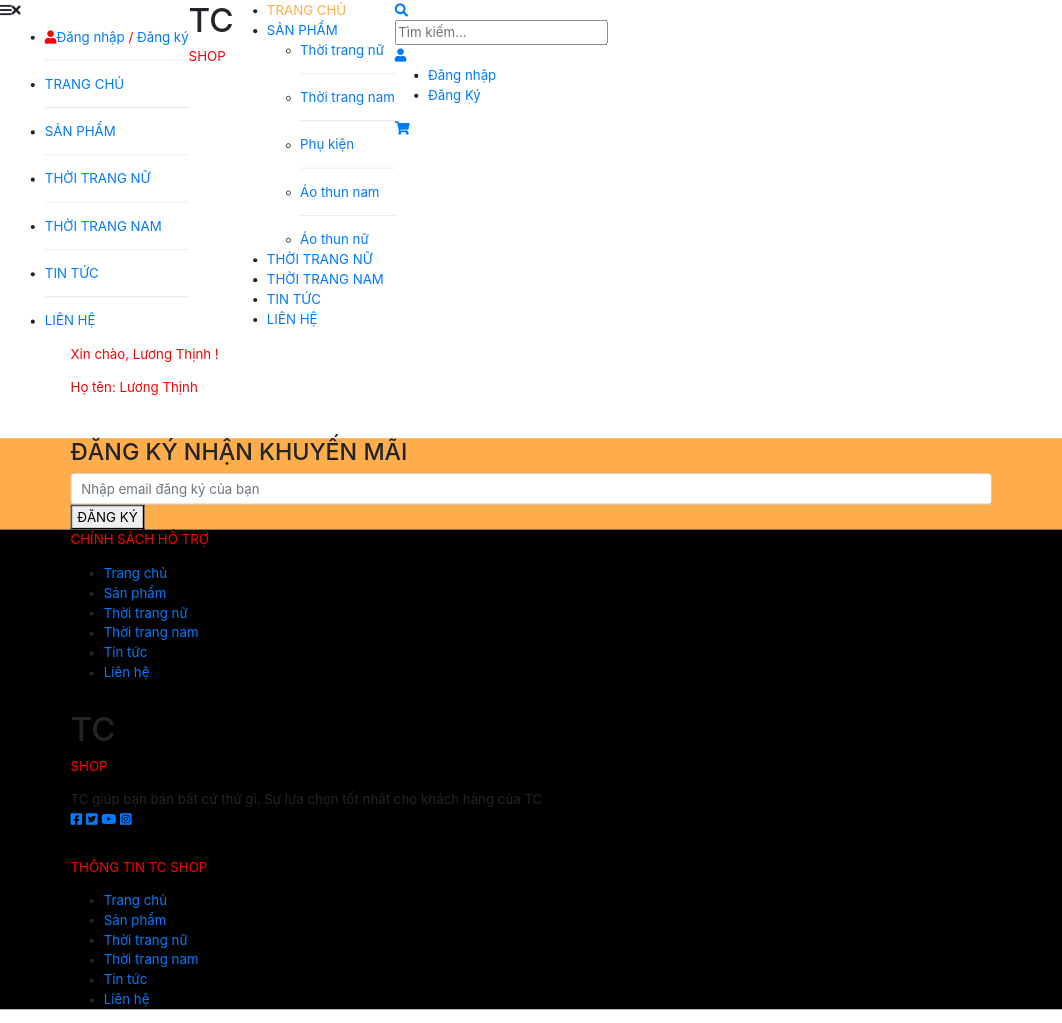
Repository: congthinh1701/TCshop
Page: ThongTinTaiKhoan.html
The author's editor kept a copy of each file at every save. The page is drawn from the files as they stood at one save, then again after the next save.
The browser window is 1280 px wide. The pictures show the whole page, at 83% of full size.
The style sheet was rebuilt from its Sass, Less or Tailwind sources for each picture, by a compiler version that may differ from the author's.

Above is the page before, as saved 2021-09-08 16:56:44.

After the next save:
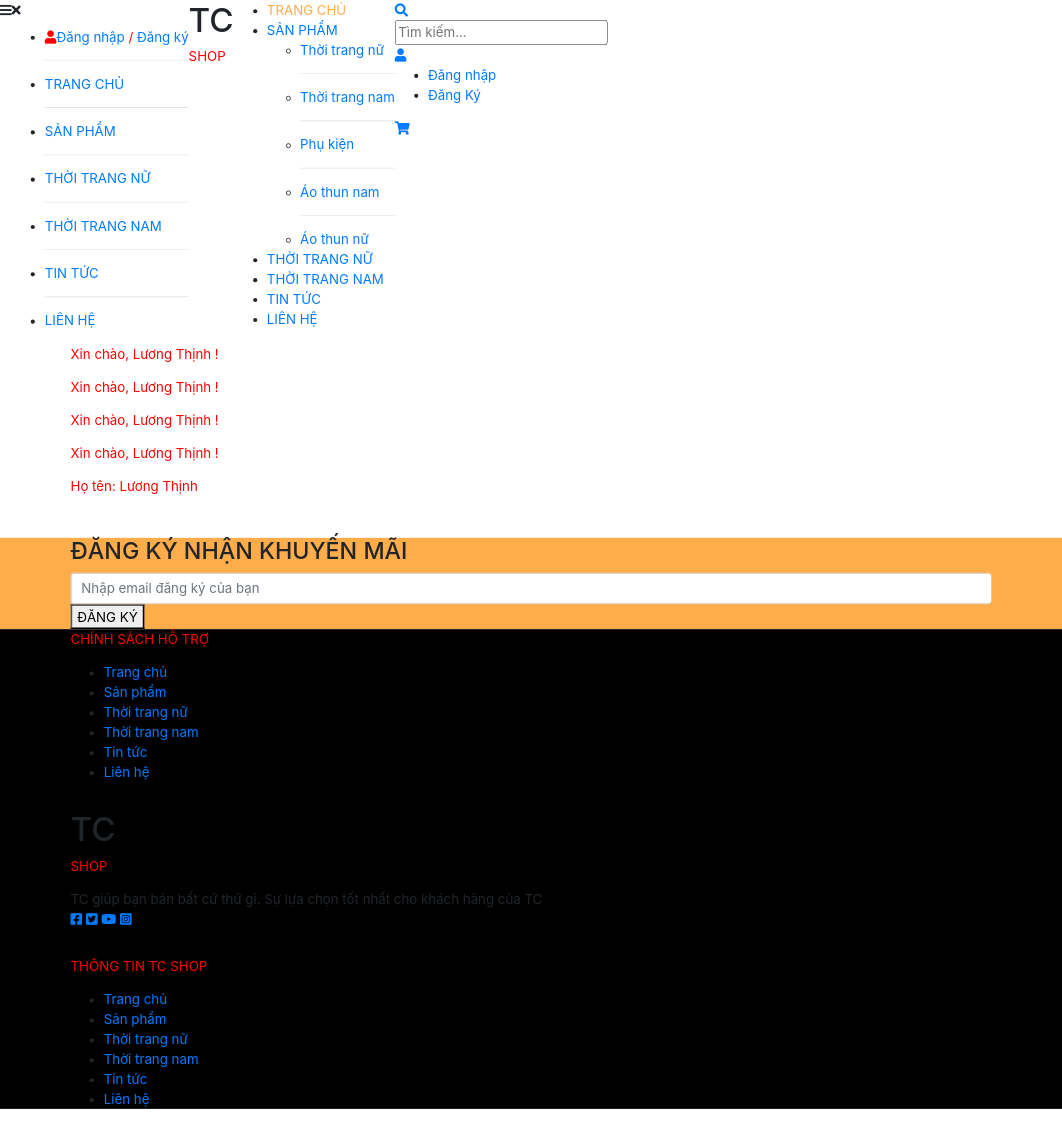
Saved 11 s later.
--- a/ThongTinTaiKhoan.html
+++ b/ThongTinTaiKhoan.html
@@ -12,6 +12,15 @@
     <div id="headerID"> <!-- your header --> </div>
     <div class="container">
         <div class="trang-tai-khoan">
+            <div class="trang-tai-khoan-hello">
+                <p><span>Xin chào, </span>Lương Thịnh !</p>
+            </div>
+            <div class="trang-tai-khoan-hello">
+                <p><span>Xin chào, </span>Lương Thịnh !</p>
+            </div>
+            <div class="trang-tai-khoan-hello">
+                <p><span>Xin chào, </span>Lương Thịnh !</p>
+            </div>
             <div class="trang-tai-khoan-hello">
                 <p><span>Xin chào, </span>Lương Thịnh !</p>
             </div>
